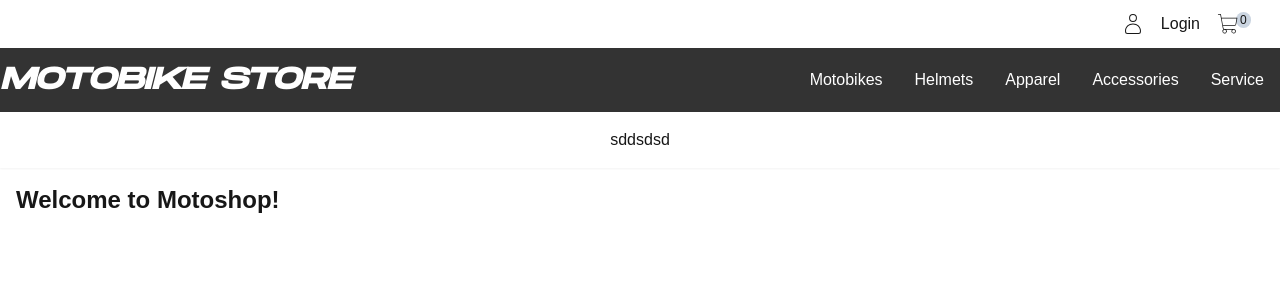
Repository: Than-sothearak/next-motoshop
Page: /
The author's editor kept a copy of each file at every save. The page is drawn from the files as they stood at one save, then again after the next save.
The browser window is 1280 px wide. The pictures show the whole page.
The project was rebuilt for these pictures with package versions that can differ from the ones it lists, and the page was loaded fresh each time. The framework's server and built-in components were replaced by stand-ins that run in the browser. Also part of the build but not shown: next.config.mjs.

Above is the page before, as saved 2024-10-10 21:24:41.

### app/layout.js
import localFont from "next/font/local";
import "./globals.css";
import Navbar from "./components/Navbar";

export const metadata = {
  title: "Create Next App",
  description: "Generated by create next app",
};

export default function RootLayout({ children }) {
  return (
    <html lang="en">
      <body

      >
        <Navbar />
        {children}
      </body>
    </html>
  );
}

### app/page.js
export default function Home() {
  return (
    <div className="p-4">
    <h1 className="text-2xl font-bold">Welcome to Motoshop!</h1>
    {/* Product listing here */}
  </div>
  );
}

### app/components/Navbar.js
'use client'
import { PiShoppingCartThin } from "react-icons/pi";
import { CiUser } from "react-icons/ci";
import { usePathname } from "next/navigation";
const links = [
  { title: "Motobikes", link: "/motobike" },
  { title: "Helmets", link: "/helmets", subLink: [{title: 'Fullface', link:'/helmets/fullface'}] },
  { title: "Apparel", link: "/apparel" },
  { title: "Accessories", link: "/accessories" },
  { title: "Service", link: "/service" },
];
export default function Navbar() {
  const partName = usePathname();
  console.log(partName)
  return (
    <>
      <div className="flex gap-4 h-12 justify-end px-10 items-center">
        <CiUser size={24} className="cursor-pointer" />
        Login
        <div>
          <div className="relative">
            <p className="absolute bg-slate-300 text-xs rounded-full px-1 left-5">
              0
            </p>
          </div>
          <PiShoppingCartThin size={24} className="relative cursor-pointer" />
        </div>
      </div>
      <nav className="mx-auto text-black bg-black/80 flex justify-between relative">
        <div className="container mx-auto flex justify-between items-center">
          <div className="h-16 flex justify-center items-center">
            <a
              href="/"
              className="italic font-bold text-3xl font-monument text-white uppercase"
            >
              Motobike store
            </a>
          </div>

          <div className="flex text-white">
            {links.map((link) => (
              <div
                key={link.title}
                className={`${partName === link.link ? 'bg-black underline' : ''} flex gap-4 h-16 px-4 justify-center items-center`}
              >
                <a href={link.link} className="cursor-pointer hover:underline">
                  <h3>{link.title} </h3>
                </a>
              </div>
            ))}
          </div>
        </div>
      </nav>
      <div className="shadow-sm p-4">
        <div className="container mx-auto  justify-center flex">
          <ul>
            <a>sddsdsd</a>
          </ul>
        </div>
      </div>
    </>
  );
}

Loaded but not shown: app/globals.css (common file); tailwind.config.js (common file)

After the next save:
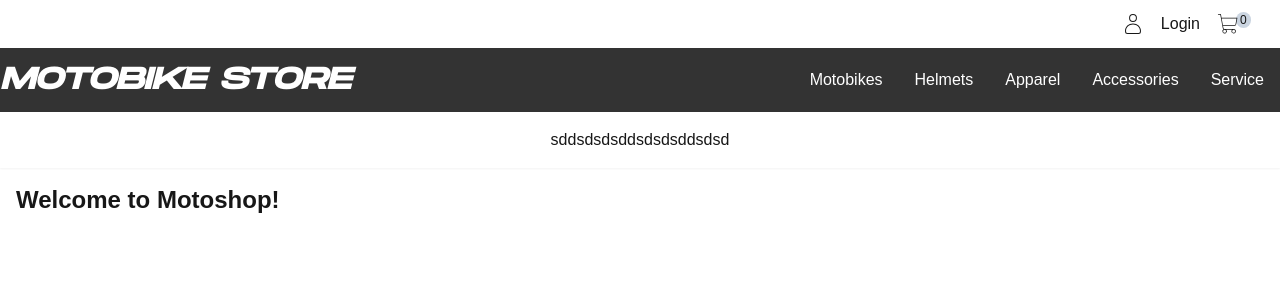
Saved 11 s later.
--- a/app/components/Navbar.js
+++ b/app/components/Navbar.js
@@ -55,6 +55,8 @@ export default function Navbar() {
         <div className="container mx-auto  justify-center flex">
           <ul>
             <a>sddsdsd</a>
+            <a>sddsdsd</a>
+            <a>sddsdsd</a>
           </ul>
         </div>
       </div>
